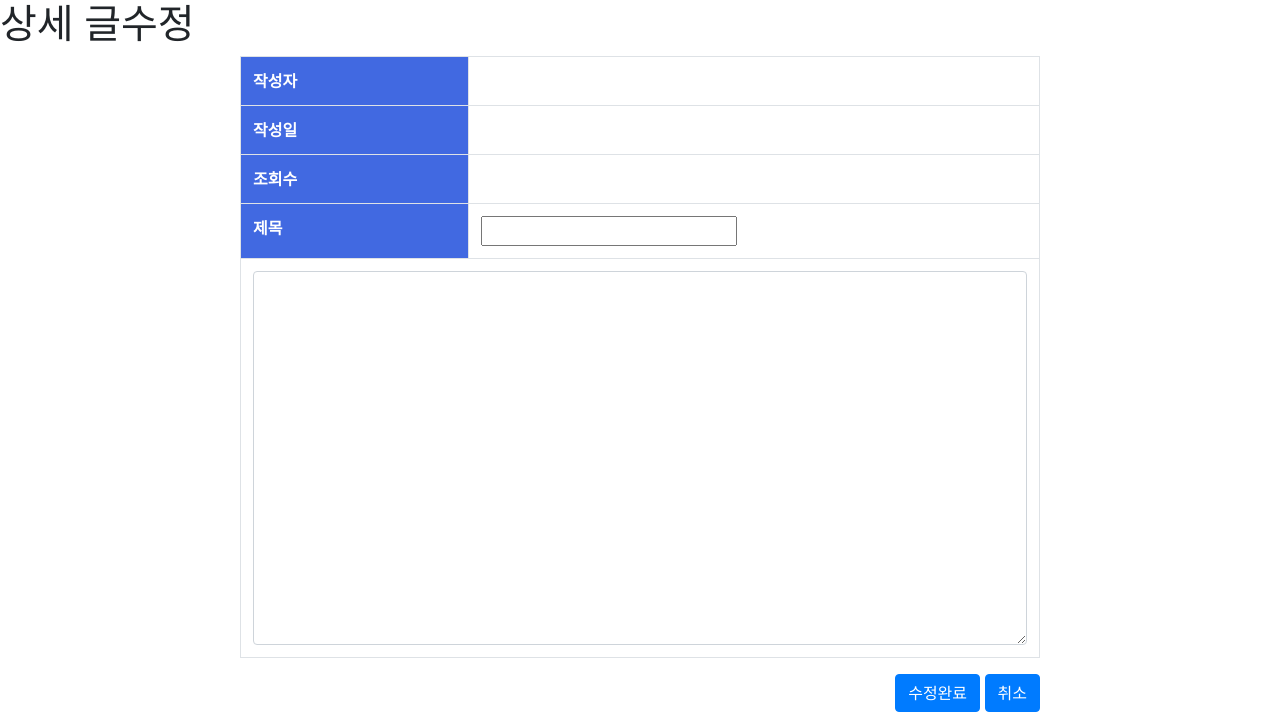
Repository: suhong99/SpringBootFront
Page: FrontSample/src/main/webapp/bbsupdate.html
These files come from the project's save history. The page is drawn as it stood at one moment and after the next save; the edit follows.
The browser window is 1280 px wide. The pictures show the whole page.

Above is the page before, as saved 2023-08-04 05:57:43.
Console error: TypeError: Cannot read properties of null (reading 'id')

### FrontSample/src/main/webapp/bbsupdate.html
<!DOCTYPE html>
<html>
<head>
<meta charset="UTF-8">
<title>상세 글수정</title>

<meta name="viewport" content="width=device-width, initial-scale=1">
<link rel="stylesheet" href="https://cdn.jsdelivr.net/npm/bootstrap@4.6.2/dist/css/bootstrap.min.css">
<script src="https://cdn.jsdelivr.net/npm/jquery@3.6.4/dist/jquery.slim.min.js"></script>
<script src="https://cdn.jsdelivr.net/npm/popper.js@1.16.1/dist/umd/popper.min.js"></script>
<script src="https://cdn.jsdelivr.net/npm/bootstrap@4.6.2/dist/js/bootstrap.bundle.min.js"></script>

<script src="https://ajax.googleapis.com/ajax/libs/jquery/3.6.4/jquery.min.js"></script>

<style type="text/css">
.center{
	margin: auto;
	width: 800px;
}
th{
	background: royalblue;
	color: white;
}
</style>

</head>
<body>

<h1>상세 글수정</h1>

<div class="center">

<table class="table table-bordered">
<col width="200"><col width="500">

<tr>
	<th>작성자</th>
	<td id="id"></td>
</tr>
<tr>
	<th>작성일</th>
	<td id="wdate"></td>
</tr>
<tr>
	<th>조회수</th>
	<td id="readcount"></td>
</tr>
<tr>
	<th>제목</th>
	<td ><input id="title" type="text"/></td>
</tr>
<tr>
	<td colspan="2" style="height: 300px; font-size: 120%">
		<textarea rows="12" style="background-color: #ffffff; font-size: 20px"
cols="15" class="form-control" id="content" ></textarea>
	</td>
</tr>
</table>


<div align="right">

<button type="button" class="btn btn-primary"  id="editButton" onclick="">수정완료</button>

<button type="button" class="btn btn-primary" id="cancleButton" onclick="">취소</button>


</div>

<script type="text/javascript">
const url = new URL(location.href);
const urlParams = url.searchParams;
let seq  = urlParams.get("seq");
const myId= JSON.parse(sessionStorage.getItem("login")).id;
let detailInfo;
$(document).ready(function () {

	$.ajax({
		url:"http://localhost:3000/bbsdetail",
		type:"get",
		data:{seq},
		success:function(detail){
			detailInfo = detail;
			//console.log(detail);
			// 구조 분해 할당
	        const { id, wdate, readcount, title, content } = detail;
	        $("#id").text(id);
	        $("#wdate").text(wdate);
	        $("#readcount").text(readcount);
	        $("#title").val(title);
	        $("#content").val(content);


		},
		error:function(){
			alert('detail error');
		}
	});


});


</script>

</div>

</body>
</html>

After the next save:
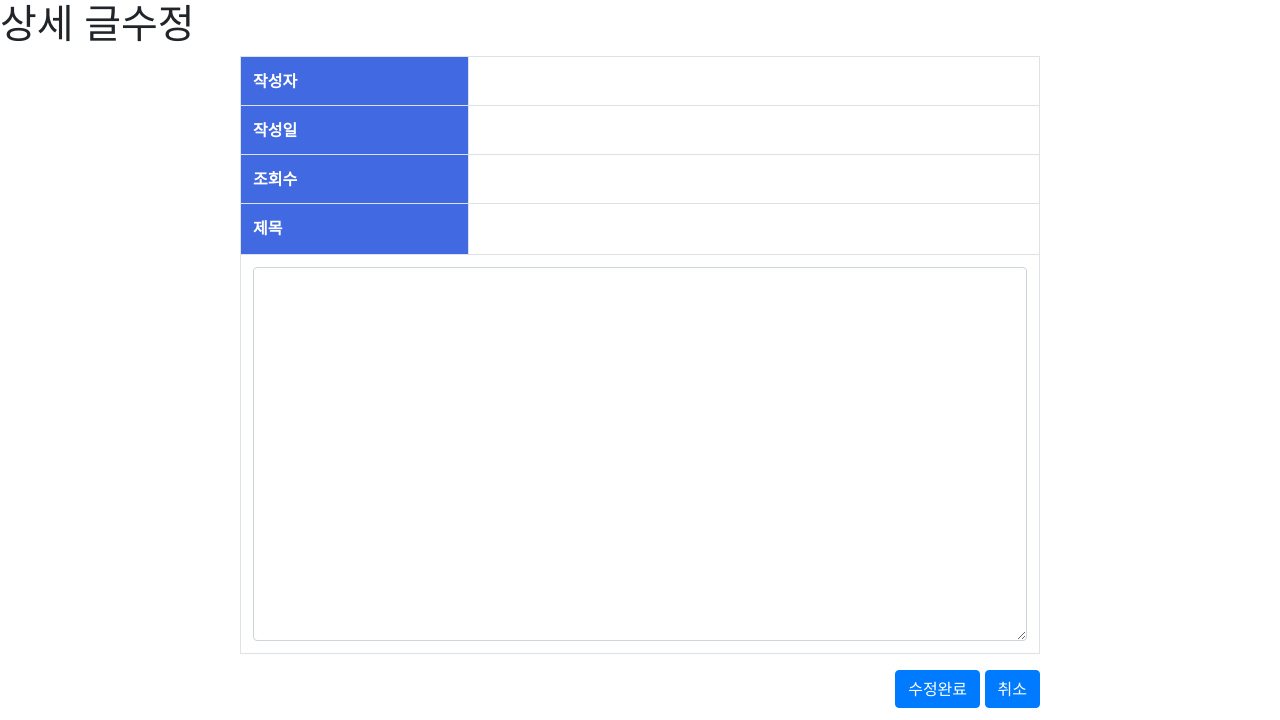
Saved 28 s later.
--- a/FrontSample/src/main/webapp/bbsupdate.html
+++ b/FrontSample/src/main/webapp/bbsupdate.html
@@ -47,7 +47,7 @@ th{
 </tr>
 <tr>
 	<th>제목</th>
-	<td ><input id="title" type="text"/></td>
+	<td ><input style="width: 100%;border: none" id="title" type="text"/></td>
 </tr>
 <tr>
 	<td colspan="2" style="height: 300px; font-size: 120%">
